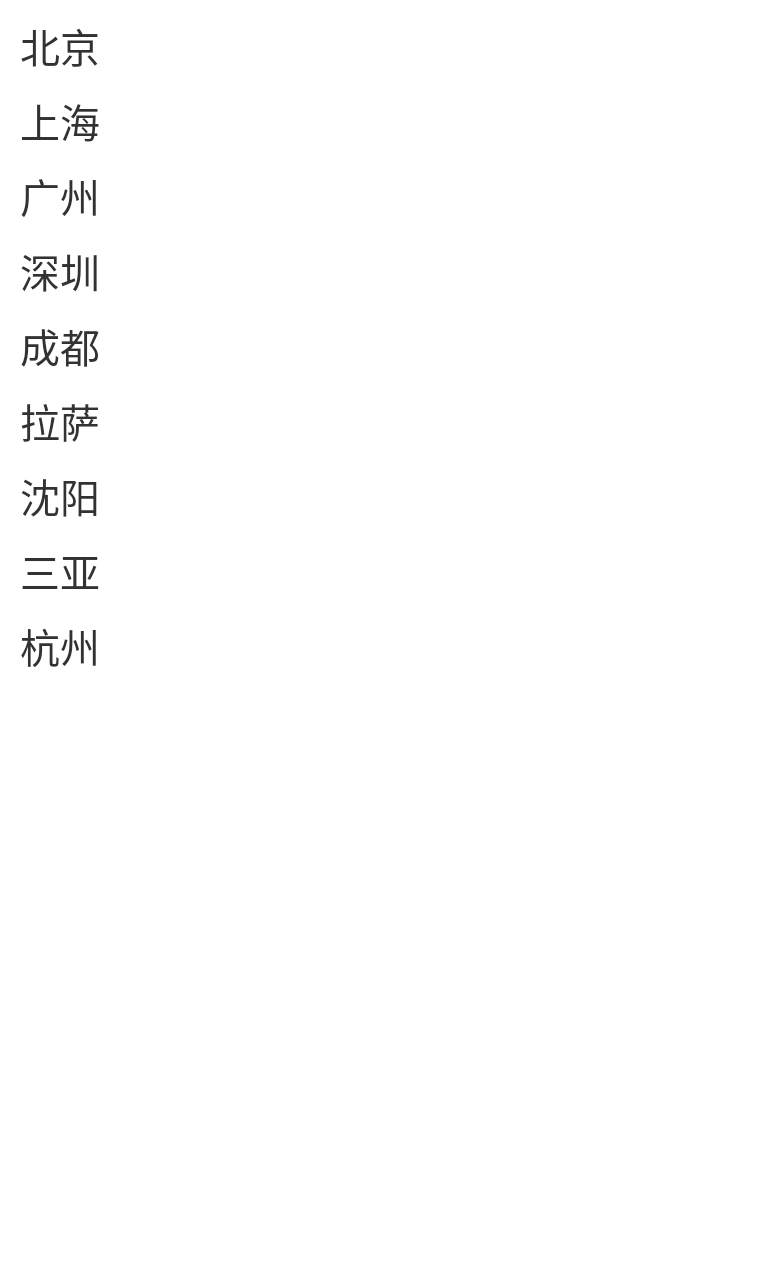
Repository: xuelang201201/Android
Layout: Android网络/天气预报/res/layout/menu.xml
These files come from the project's save history. The layout is drawn as it stood at one moment and after the next save; the edit follows.
It is drawn on a 768 x 1280 px phone screen (xhdpi) without system bars, with theme AppBaseTheme; the app's code is not run.

Above is the layout before, as saved 2016-03-30 07:03:11.

After the next save:
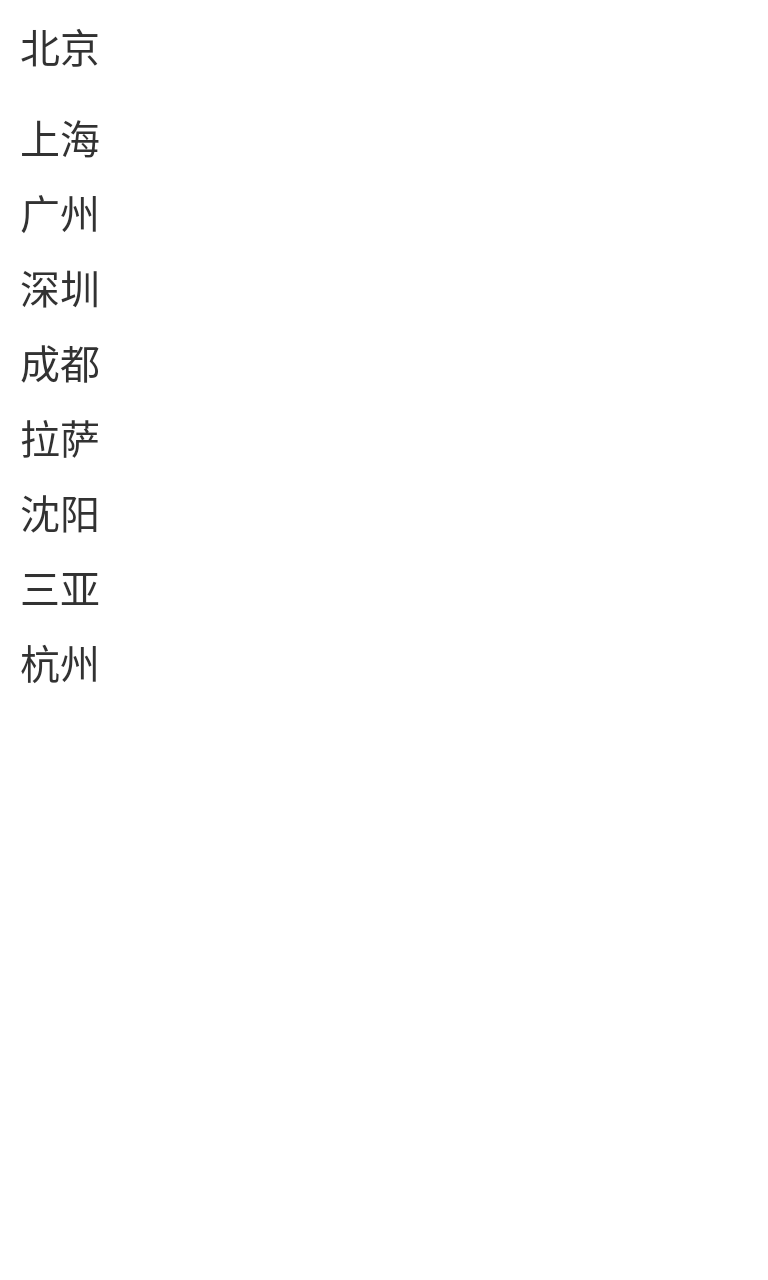
Saved 4 min 36 s later.
--- a/Android网络/天气预报/res/layout/menu.xml
+++ b/Android网络/天气预报/res/layout/menu.xml
@@ -12,6 +12,7 @@
         android:onClick="setCity"
         android:paddingLeft="10dp"
         android:paddingTop="8dp"
+        android:paddingBottom="8dp"
         android:text="北京"
         android:textSize="20sp" />
 

After the save that followed:
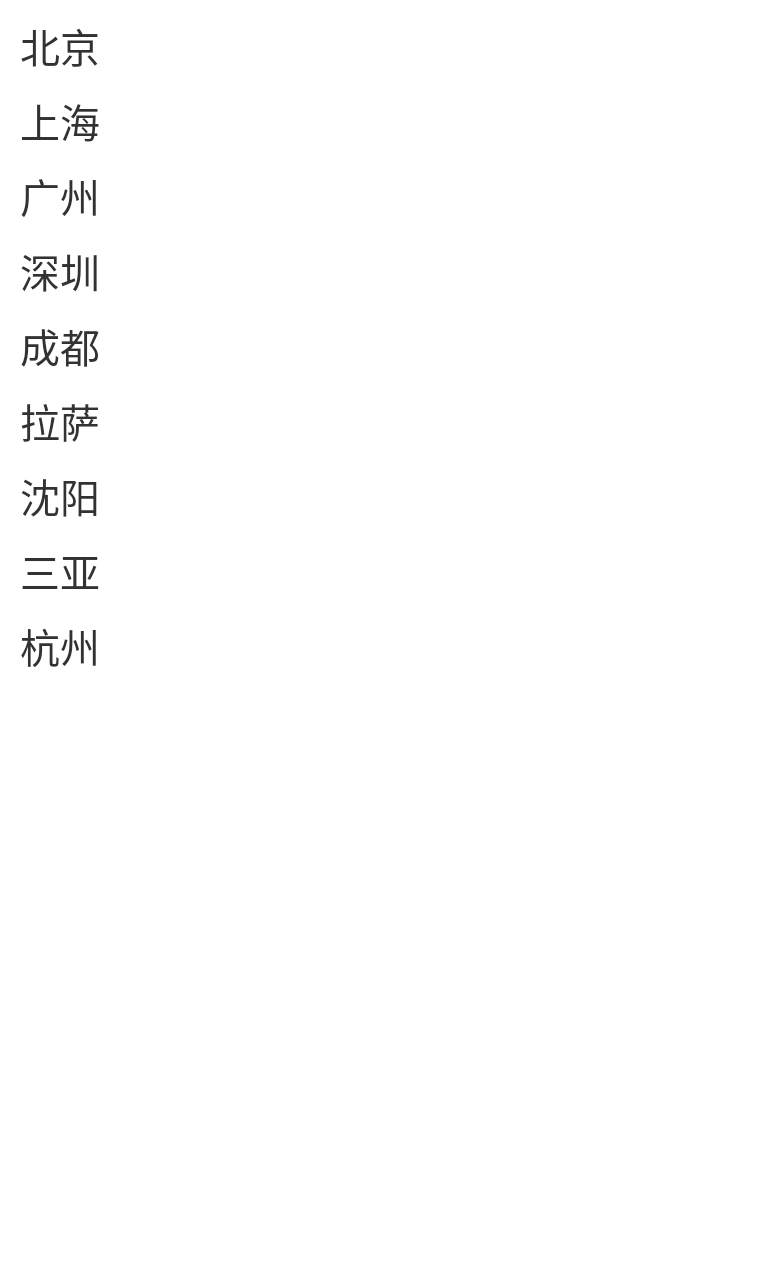
Saved 18 s later.
--- a/Android网络/天气预报/res/layout/menu.xml
+++ b/Android网络/天气预报/res/layout/menu.xml
@@ -12,7 +12,6 @@
         android:onClick="setCity"
         android:paddingLeft="10dp"
         android:paddingTop="8dp"
-        android:paddingBottom="8dp"
         android:text="北京"
         android:textSize="20sp" />
 
